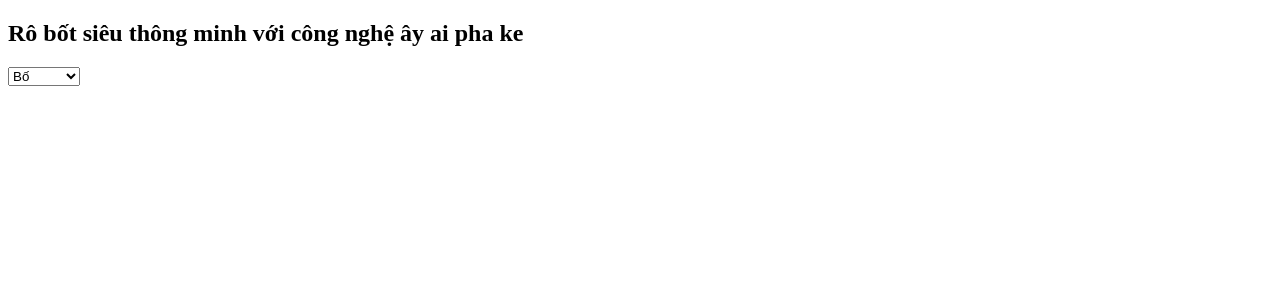
Repository: dovanthao2404/BC14_BaiTap_JS_Buoi_4_dovanthao
Page: html/bai2.html
An editor plug-in stored every save of this project. The page is shown before and after the next save, followed by the edit.
The browser window is 1280 px wide. The pictures show the whole page.

Above is the page before, as saved 2021-07-02 23:40:25.

### html/bai2.html
<!DOCTYPE html>
<html lang="en">

<head>
  <meta charset="UTF-8">
  <meta http-equiv="X-UA-Compatible" content="IE=edge">
  <meta name="viewport" content="width=device-width, initial-scale=1.0">
  <title>Document</title>
</head>

<body>
  <div class="container">
    <div class="w-50 mx-auto">
      <h2>Rô bốt siêu thông minh với công nghệ ây ai pha ke</h2>
      <div class="fom-group">
        <select id="">
          <option selected>Bố</option>
          <option>Mẹ</option>
          <option>Anh Trai</option>
          <option>Em gái</option>
        </select>
      </div>
    </div>
  </div>
</body>

</html>

After the next save:
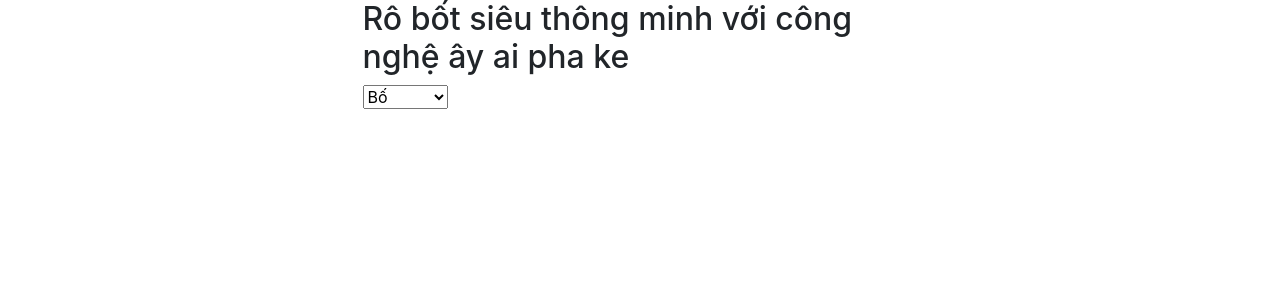
Saved 49 s later.
--- a/html/bai2.html
+++ b/html/bai2.html
@@ -6,6 +6,10 @@
   <meta http-equiv="X-UA-Compatible" content="IE=edge">
   <meta name="viewport" content="width=device-width, initial-scale=1.0">
   <title>Document</title>
+
+  <!-- BS4 -->
+  <link rel="stylesheet" href="https://cdn.jsdelivr.net/npm/bootstrap@4.6.0/dist/css/bootstrap.min.css"
+    integrity="sha384-B0vP5xmATw1+K9KRQjQERJvTumQW0nPEzvF6L/Z6nronJ3oUOFUFpCjEUQouq2+l" crossorigin="anonymous">
 </head>
 
 <body>
